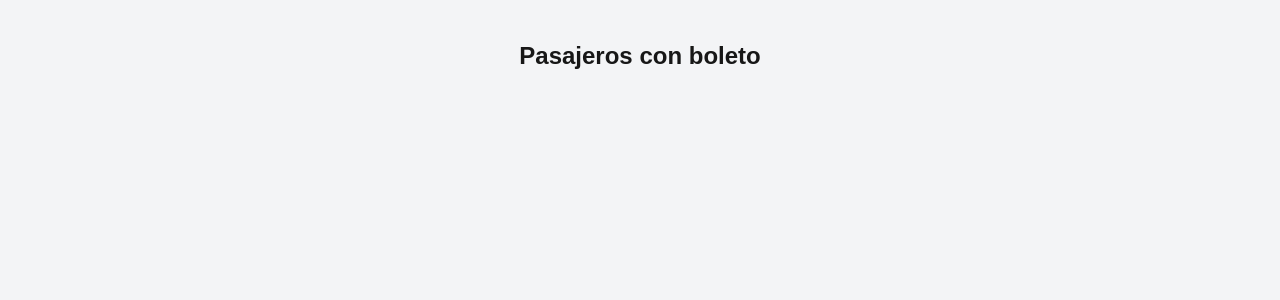
Repository: francoluca35/appcolectivos
Page: /checkpass
An editor plug-in stored every save of this project. The page is shown before and after the next save, followed by the edit.
The browser window is 1280 px wide. The pictures show the whole page.
The page's requests for data from a server got no answer. The project was rebuilt for these pictures with package versions that can differ from the ones it lists, and the page was loaded fresh each time. The framework's server and built-in components were replaced by stand-ins that run in the browser. No one was signed in, and anything a server would have sent is missing. Also part of the build but not shown: next.config.mjs.

Above is the page before, as saved 2025-03-28 14:56:19.

After the next save:
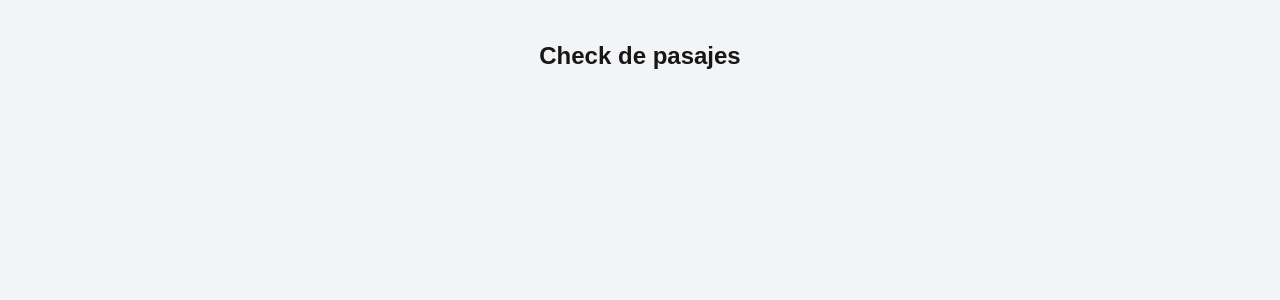
Saved 29 s later.
--- a/src/app/checkpass/page.js
+++ b/src/app/checkpass/page.js
@@ -10,7 +10,7 @@ function CheckPass() {
 
   return (
     <div className="min-h-screen bg-gray-100 py-10 px-4">
-      <h1 className="text-2xl font-bold text-center mb-6">Pasajeros con boleto</h1>
+      <h1 className="text-2xl font-bold text-center mb-6">Check de pasajes</h1>
       <div className="grid grid-cols-1 md:grid-cols-2 lg:grid-cols-3 gap-4">
         {pasajeros.map((item, i) => (
           <div key={i} className="bg-white text-black rounded-lg shadow p-4 flex flex-col gap-2">
